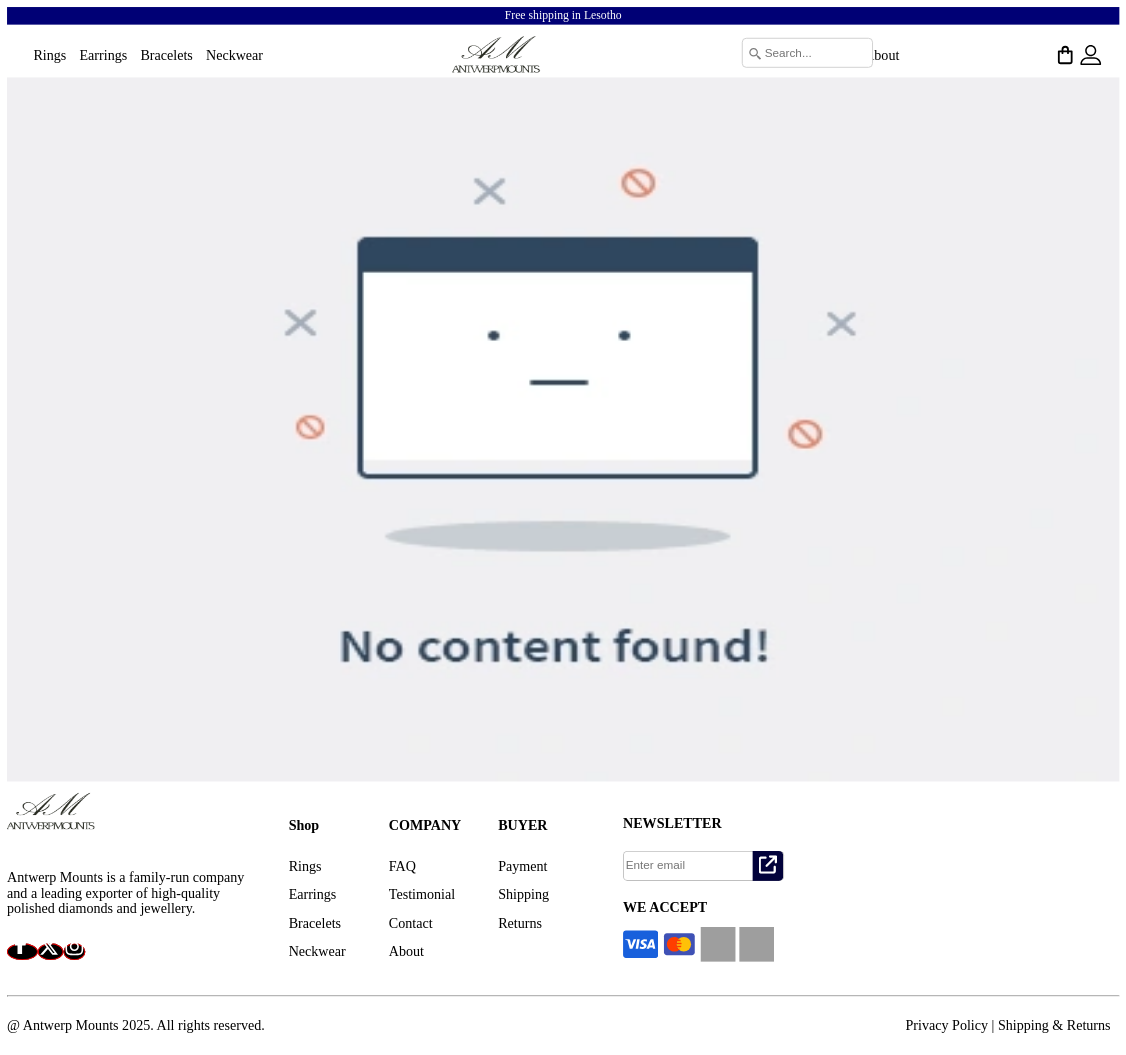
Repository: kea-0424/Web-Development-Project-1
Page: First_collaboration/JewelarySite.html
An editor plug-in stored every save of this project. The page is shown before and after the next save, followed by the edit.
The browser window is 1280 px wide. The pictures show the whole page, at 88% of full size.
Pictures or frames that could not be fetched are drawn as grey boxes.

Above is the page before, as saved 2025-01-23 12:28:41.

### First_collaboration/JewelarySite.html
<!DOCTYPE html>
<html lang="en">
<head>
    <meta charset="UTF-8">
    <meta name="viewport" content="width=device-width, initial-scale=1.0">
    <title>Document</title>
    <link rel="stylesheet" href="./JewelarySite.css">
</head>
<body>
    <header>
        <div class="notification">
            <span>Free shipping in Lesotho</span>
        </div>
        <nav>
                <ul class="navigations"  id="right_nav">
                    <li class="navbar_links"><a href="#">Rings</a></li>
                    <li class="navbar_links"><a href="#">Earrings</a></li>
                    <li class="navbar_links"><a href="#">Bracelets</a></li>
                    <li class="navbar_links"><a href="#">Neckwear</a></li>
                </ul>

            <div class="logo_container">
<img src="Main_Logo-removebg-preview.png" alt="Logo" class="main_logo" id="Nav_logo">
            </div>
                <ul class="navigations" id="left_nav">
                    <li class="navbar_links"><a href="#">FAQ</a></li>
                    <li class="navbar_links"><a href="#">Help</a></li>
                    <li class="navbar_links"><a href="#">About</a></li>
                </ul>
                <form action="#">
                    <div class="searchbar_container">
                        <img src="./bx-search-alt-2.svg" alt="icon" class="searchbar_icon">
                        <input class='searchbar' type="text" placeholder="Search...">
                    </div>
                </form>
                <div class="nav_icons">
                    <img src="./cart.svg" alt="Logo" class="icon">
                    <img src="./profile.svg" alt="Logo" class="icon">
                </div>
        </nav>
    </header>
    <main>
        <img src="./NoContent.webp" alt="No_Content" class="No_Content">
    </main>
    <footer>
        <div class="about_us">
            <div class="logo_container">
                <img src="Main_Logo-removebg-preview.png" alt="Logo" class="main_logo">
                            </div>
                            <div class="bio">
                                <p>Antwerp Mounts is a family-run company<br>
                                    and a leading exporter of high-quality<br>
                                   polished diamonds and jewellery.</p>
                            </div>
                                <div class="social_media">
                                    <div class="socials1" >
                                        <a href="#"><img src="./facebook-f-brands-solid.svg" alt="Facebook" id="facebook_link"></a>
                                    </div>
                                    <div class="socials2">
                                        <a href="#"><img src="./x-twitter-brands-solid.svg" alt="Twitter" id="X_link"></a>
                                    </div>
                                    <div class="socials2">
                                        <a href="#"><img src="./instagram-brands-solid.svg" alt="Instagram" id="instagram_link"></a>
                                    </div>
                                    </div>
        </div>
        <div class="navigation">
            <div class="list1">
                <h4>Shop</h4>
                <ul class="footer_lists">
                    <li><a href="#">Rings</a></li>
                    <li><a href="#">Earrings</a></li>
                    <li><a href="#">Bracelets</a></li>
                    <li><a href="#">Neckwear</a></li>
                </ul>
            </div>
            <div class="list2">
               <h4>COMPANY</h4>
               <ul class="footer_lists">
                <li><a href="#">FAQ</a></li>
                <li><a href="#">Testimonial</a></li>
                <li><a href="#">Contact</a></li>
                <li><a href="#">About</a></li>
               </ul>
            </div>
            <div class="list3">
                <h4>BUYER</h4>
                <ul class="footer_lists">
                    <li><a href="#">Payment</a></li>
                    <li><a href="#">Shipping</a></li>
                    <li><a href="#">Returns</a></li>
                </ul>
            </div>
        </div>
        <div class="Subscription">
            <h4>NEWSLETTER</h4>
            <form action="#">
                <div class="input_container">
                    <input type="text" placeholder="Enter email" class="newsletter_input">
                    <button type="submit" class="submit_btn"><img src="./arrow-up-right-from-square-solid.svg" alt="arrow"></button>
                </div>
            </form>
            <h4>WE ACCEPT</h4>
            <div class="payment_methods">
                <div class="payment_method">
                    <img src="./cc-visa-brands-solid.svg" alt="visa" id="visa">
                </div>
                <div class="payment_method">
                    <img src="mastercard.svg" alt="mastercard" id="mastercard">
                </div>
                <div class="payment_method">
                    <img src="./paypal.svg" alt="paypal" id="paypal">
        </div>
        <div class="payment_method">
            <img src="./skrill.svg" alt="skrill" id="skrill">
        </div>
            </div>
        </div>
        <hr>
        <div class="copyright">
            <p class="left_details">@ Antwerp Mounts 2025. All rights reserved.</p>
            <p class="right_details">Privacy Policy | Shipping & Returns</p>
        </div>
    </footer>
</body>
</html>

### First_collaboration/JewelarySite.css

body {
    box-sizing: border-box;
}
.notification {
    background-color: rgb(0 0 117);
    color: rgb(255 255 255);
    display: flex;
    align-items: center;
    justify-content: center;
    font-size: smaller;
    width: inherit;
    height: 20px;
}
nav {
    display: flex;
    justify-content: space-between;
    /*padding: 10px;*/
}
.main_logo {
    height: 80px;
    width: 100px;
    margin-top: 0;

}
#Nav_logo {
    margin: 0 auto;
    position: absolute;
    left: 40%;
}
.navigations,.navbar_links {
    list-style-type: none;
    display: flex;
    justify-content: space-between;
list-style: none;
text-decoration: none;
color: inherit;
margin-right: 15px;
padding: 0;
}
nav {
    position:relative;
    width: 100%;
    height: 60px
}

a {
    text-decoration: none;
color: inherit;
}
a:hover {
    /*font-size: larger;*/
    transition: font-size 0.2s ease-in-out;
    position: relative;
    /*background-color: blue;*/
    color: rgba(0 0 255 / 0.26);
    border-radius: 3px;
}
main,.No_Content {
    width: 100%;
    height: 800px;
}
.searchbar {
    width: 120px;
    height: 30px;
    border-radius: 5px;
    border: 1px solid #ccc;
    margin-top: 18px;
    padding-left: 25px;
    position: absolute;
    bottom: 1px;
}
.searchbar_container{
/*border: 1px solid red;*/
    width: 120px;
    height: 30px;
    position: relative;
    left: 300px;
    top: 20px;
}
.searchbar_icon{
    position: absolute;
    z-index: 1;
    margin-left: 7px;
    opacity: 0.5;
    height: 17px;
    width: 17px;
    top: 5px;
}
.navbar_links {
    margin-top: 10px;
}
.icon {
    width: 25px;
    height: 25px;
    margin-top: 22px;
}
#left_nav{
    position: absolute;
    right: 220px;
}
#right_nav {
    position: absolute;
    left: 30px;
}
.nav_icons {
    margin-right: 20px;
}
.socials1, .socials2, .socials3 {
    border: 1px solid red;
    display: inline;
    height: 50px;
    width: 50px;
    background-color: black;
    border-radius: 50%;
    margin-right: 20;
}
.bio {
    /*border: 1px solid red;*/
    display: inline-block;
}
#facebook_link{
    height: 23px;
    width: 23px;
    padding: 3px;
}
#instagram_link {
    height: 23px;
    width: 23px;
}
#X_link {
    height: 23px;
    width: 23px;
    display: inline-block;
}
/*.list1,.list2,.list3*/.navigation{
    /*border: 1px solid red;*/
    display: inline-block;
    position: absolute;
    left: 320px;
    top: 20px;
box-sizing: border-box;
}
footer {
    /*border: 1px solid red;*/
    position: relative;
}
.list1,.list2,.list3 {
    /*border: 1px solid red;*/
    display: inline-block;
    box-sizing: border-box;
    margin-right: 5px;
}
.list3 {
    position: relative;
    bottom: 32px;
}
.footer_lists {
    position: relative;
    right: 40px;
    list-style: none;
    line-height: 2em;
}
.input_container{
    /*border: 1px solid red;*/
    display: inline;
    height: 33px;
    position: relative;
    border-radius: 5px;
    z-index: 1
}
.newsletter_input {
    height: 30px;
    overflow: hidden;
    border-radius: 5px;
    border: 1px solid rgba(0 0 0 / 0.25);
    /*z-index: 1;*/
}
.submit_btn {
    background-color: rgb(2 2 59);
    border: 1px solid transparent;
    height: 34px;
    width: 35px;
    position: absolute;
right: 1px;
    border-radius:0px 5px 5px 0px;
}
#visa, #mastercard, #paypal, #skrill {
    height: 40px;
    width: 40px;
}
#visa:hover, #mastercard:hover, #paypal:hover, #skrill:hover {
    height: 50px;
    width: 50px;
}
.payment_method {
    /*border: 1px solid red;*/
    display: inline-block;
    position: relative;
    bottom: 8px;
}
.Subscription {
/*border: 1px solid red;*/
display: inline;
position: absolute;
left: 700px;
top:18px;
}
hr {
    margin-top: 40px;
}
.copyright {
   /* border: 1px solid red;*/
    position: relative;
}
.left_details {
    /*border: 1px solid red;*/
    display: inline-block;
}
.right_details {
    /*border: 1px solid red;*/
    display: inline;
    position: absolute;
    right: 10px;
}

After the next save:
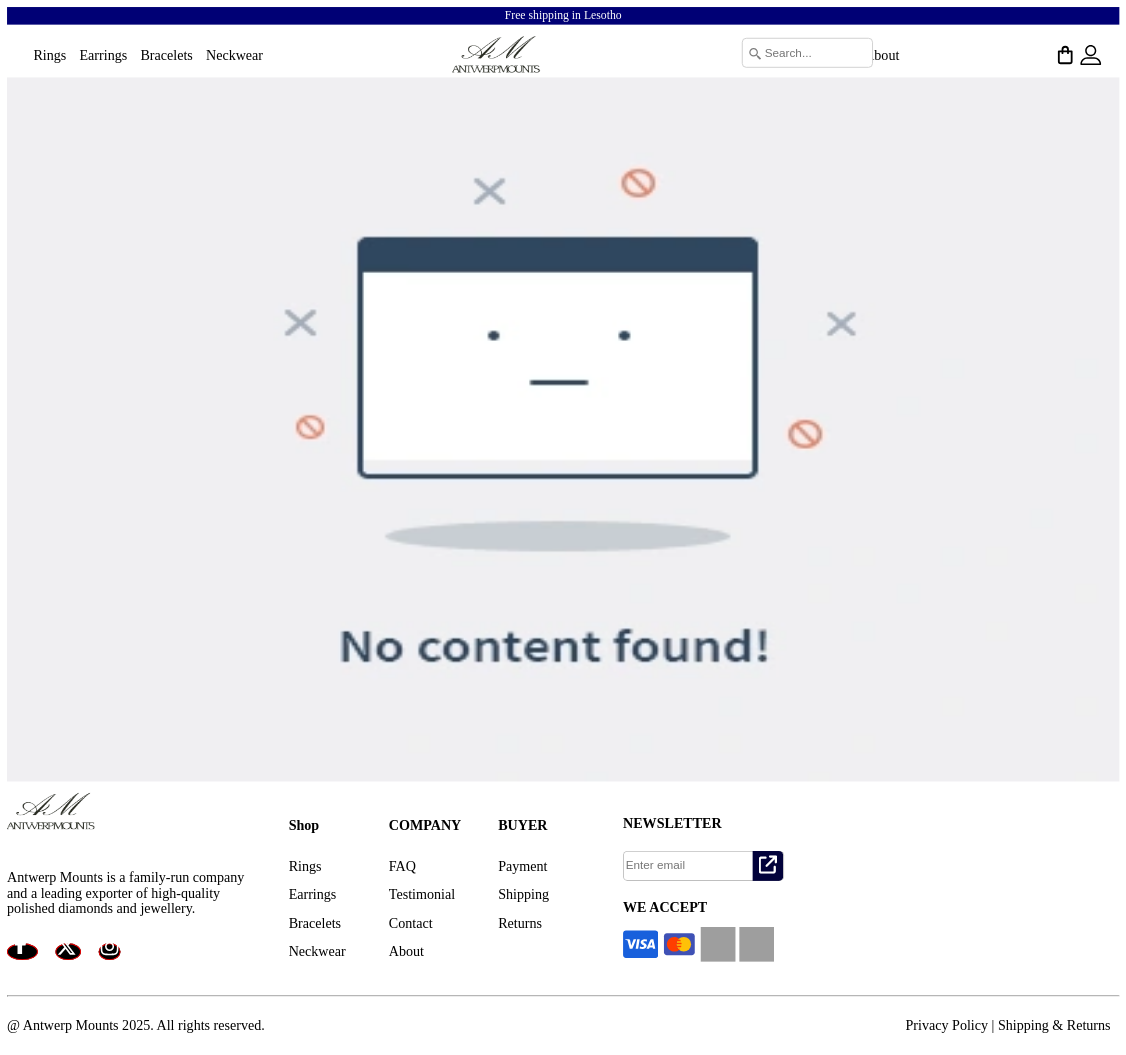
Saved 9 s later.
--- a/First_collaboration/JewelarySite.css
+++ b/First_collaboration/JewelarySite.css
@@ -113,7 +113,7 @@ main,.No_Content {
     width: 50px;
     background-color: black;
     border-radius: 50%;
-    margin-right: 20;
+    margin-right: 20px;
 }
 .bio {
     /*border: 1px solid red;*/
